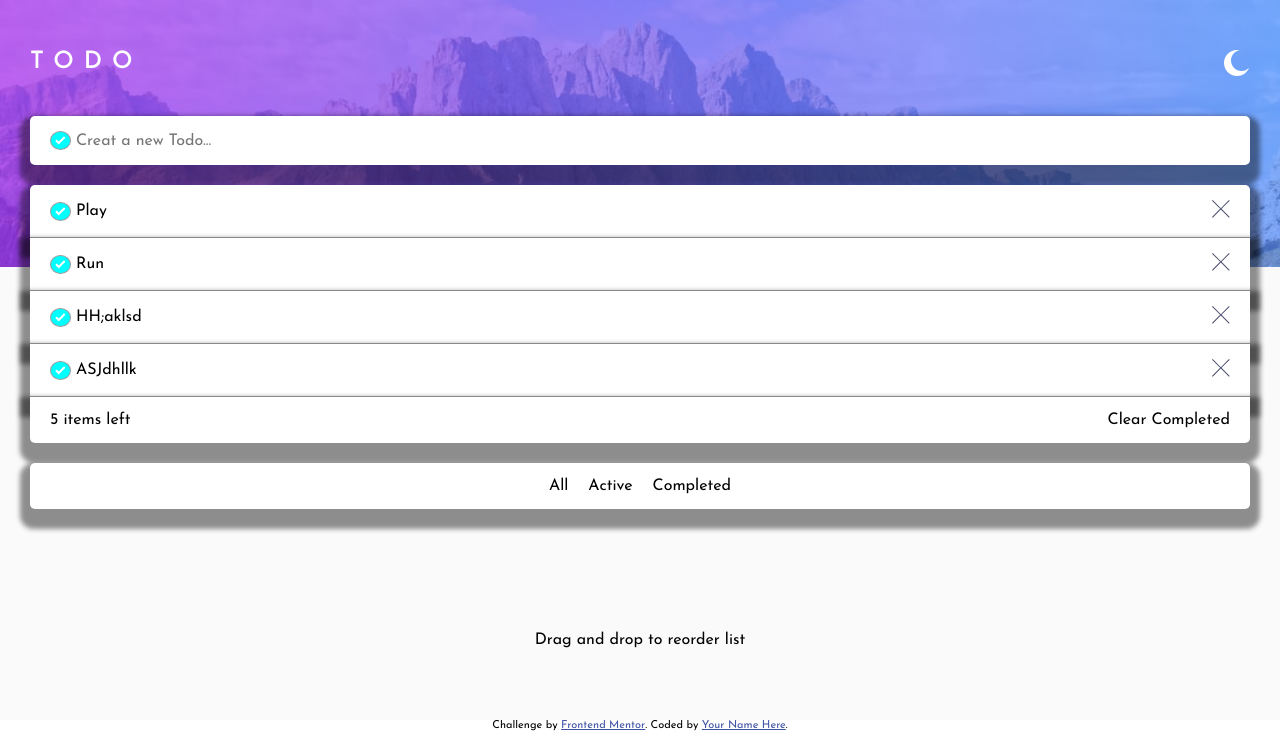
Repository: Baraajad231/Todo-app
Page: /
The author's editor kept a copy of each file at every save. The page is drawn from the files as they stood at one save, then again after the next save.
The browser window is 1280 px wide. The pictures show the whole page.
The project was rebuilt for these pictures with package versions that can differ from the ones it lists, and the page was loaded fresh each time. Also part of the build but not shown: vite.config.js.

Above is the page before, as saved 2025-12-28 02:12:32.

### index.html
<!DOCTYPE html>
<html lang="en">
  <head>
    <meta charset="UTF-8" />
    <meta name="viewport" content="width=device-width, initial-scale=1.0" />
    <!-- displays site properly based on user's device -->

    <link
      rel="icon"
      type="image/png"
      sizes="32x32"
      href="./images/favicon-32x32.png"
    />

    <title>Frontend Mentor | Todo app</title>

    <!-- Feel free to remove these styles or customise in your own stylesheet 👍 -->
    <style>
      .attribution {
        font-size: 11px;
        text-align: center;
      }
      .attribution a {
        color: hsl(228, 45%, 44%);
      }
    </style>

    <link rel="preconnect" href="https://fonts.googleapis.com" />
    <link rel="preconnect" href="https://fonts.gstatic.com" crossorigin />
    <link
      href="https://fonts.googleapis.com/css2?family=Josefin+Sans:ital,wght@0,100..700;1,100..700&display=swap"
      rel="stylesheet"
    />

    <link rel="stylesheet" href="./styles/style.scss" />
  </head>
  <body>
    <div class="container">
      <picture class="background-Wrapper">
        <source
          media="(min-width:465px)"
          srcset="images/bg-desktop-light.jpg"
        />
        <img
          src="images/bg-mobile-light.jpg"
          alt="bg-mobile-light"
          class="background background-light"
        />
      </picture>

      <div class="todo">
        <div class="todo__header">
          <h1 class="todo__title">TODO</h1>
          <img src="images/icon-moon.svg" alt="moon icon" class="todo__theme" />
        </div>
        <ul class="todo__list">
          <li class="todo__list__row todo__list__row-input">
            <span class="checkbox">
              <img
                src="./images/icon-check.svg"
                alt="check"
                class="checkbox__icon"
              />
            </span>
            <input
              type="text"
              placeholder="Creat a new Todo..."
              class="todo__list__input"
            />
          </li>

          <li class="todo__list__row">
            <span class="checkbox">
              <img
                src="./images/icon-check.svg"
                alt="check"
                class="checkbox__icon"
              />
            </span>
            <span class="todo__list__task">Play</span>
            <span class="remove-btn">
              <img src="./images/icon-cross.svg" alt="" class="remove-icon"
            /></span>
          </li>
          <li class="todo__list__row">
            <span class="checkbox">
              <img
                src="./images/icon-check.svg"
                alt="check"
                class="checkbox__icon"
              />
            </span>
            <span class="todo__list__task">Run</span>
            <span class="remove-btn">
              <img src="./images/icon-cross.svg" alt="" class="remove-icon"
            /></span>
          </li>
          <li class="todo__list__row">
            <span class="checkbox">
              <img
                src="./images/icon-check.svg"
                alt="check"
                class="checkbox__icon"
              />
            </span>
            <span class="todo__list__task">HH;aklsd</span>
            <span class="remove-btn">
              <img src="./images/icon-cross.svg" alt="" class="remove-icon"
            /></span>
          </li>
          <li class="todo__list__row">
            <span class="checkbox">
              <img
                src="./images/icon-check.svg"
                alt="check"
                class="checkbox__icon"
              />
            </span>
            <span class="todo__list__task">ASJdhllk</span>
            <span class="remove-btn">
              <img src="./images/icon-cross.svg" alt="" class="remove-icon"
            /></span>
          </li>
          <li class="todo__list__row todo__list__row--meta">
            <div class="todo__items-left">
              <span class="todo__items-count">5</span>
              <span class="todo__items-text">items left</span>
            </div>

            <button class="todo__list-clear button">Clear Completed</button>
          </li>

          <li class="todo__list__row todo__list__row--filter">
            <button class="todo__list-all">All</button>
            <button class="todo__list-active">Active</button>
            <button class="todo__list-completed">Completed</button>
          </li>
        </ul>
      </div>
    </div>
    <p class="note">Drag and drop to reorder list</p>

    <div class="attribution">
      Challenge by
      <a href="https://www.frontendmentor.io?ref=challenge" target="_blank"
        >Frontend Mentor</a
      >. Coded by <a href="#">Your Name Here</a>.
    </div>
  </body>
</html>

### styles/style.scss
/*variables*/
:root {
  /* ===== Brand / Primary ===== */
  --color-primary: hsl(220, 98%, 61%);
  --gradient-check: linear-gradient(hsl(192, 100%, 67%), hsl(280, 87%, 65%));

  /* ===== Typography ===== */
  --font-family-base: "Josefin Sans", sans-serif;
  --font-size-base: 18px;
  --font-weight-regular: 400;
  --font-weight-bold: 700;
  // }

  // :root[data-theme="light"] {
  --color-bg: hsl(0, 0%, 98%);
  --color-surface: #ffffff;

  --color-text-primary: hsl(235, 19%, 35%);
  --color-text-secondary: hsl(236, 9%, 61%);

  --color-border: hsl(233, 11%, 84%);
  --color-muted: hsl(234, 39%, 85%);
  // }

  // :root[data-theme="dark"] {
  // --color-bg: hsl(235, 21%, 11%);
  // --color-surface: hsl(235, 24%, 19%);

  // --color-text-primary: hsl(234, 39%, 85%);
  // --color-text-secondary: hsl(236, 9%, 61%);

  // --color-border: hsl(237, 14%, 26%);
  // --color-muted: hsl(233, 14%, 35%);
}

/* Reset */
* {
  margin: 0;
  padding: 0;
  font: inherit;
}

*,
*::after,
*::before {
  box-sizing: border-box;
}

a {
  color: inherit;
  display: inline-block;
}

button,
[type="submit"] {
  background-color: transparent;
  border: none;
  cursor: pointer;
}

ul,
ol {
  list-style: none;
}

html {
  font-size: 62.5%;
}

body {
  font-size: 1.6rem;
  font-family: "Josefin Sans";
  color: black;
}
/* End Reset */

/*container*/
.container {
  position: relative;
  height: 100vh;
  background-color: var(--color-bg);
}
.background {
  width: 100vw;
}

.todo {
  display: flex;
  flex-direction: column;
  gap: 4rem;
  position: absolute;
  top: 0;
  width: calc(100% - 6rem);
  margin: 5rem 3rem;

  &__header {
    display: flex;
    justify-content: space-between;
    .todo__title {
      font-size: 2.4rem;
      color: white;
      letter-spacing: 1rem;
      font-weight: 600;
    }
  }

  &__list {
    &__row {
      background-color: white;
      padding: 1.5rem 2rem;
      display: flex;
      align-items: center;

      box-shadow: 0 1rem 0.5rem 1rem rgba(0, 0, 0, 0.437);
      &:nth-child(2) {
        border-radius: 0.5rem 0.5rem 0 0;
      }

      & .checkbox {
        border: 1px solid rgb(156, 155, 155);
        border-radius: 50%;
        background-color: aqua;
        margin-right: 0.5rem;
        display: flex;
        align-items: center;
        justify-content: center;

        &__icon {
          padding: 0.4rem;
        }
      }

      & .todo__list__task {
        margin-right: auto;
      }
      &-input {
        margin-bottom: 2rem;

        & .todo__list__input {
          border: none;

          &:focus {
            outline: none;
            caret-color: aqua;
          }
        }
      }

      &:not(&-input, &--filter, &--meta) {
        border-bottom: 1px solid rgb(170, 167, 167);
      }

      &--meta {
        display: flex;
        justify-content: space-between;

        border-radius: 0 0 0.5rem 0.5rem;
      }

      &--filter {
        display: flex;
        justify-content: center;
        gap: 2rem;
        margin-top: 2rem;
      }
      &--filter,
      &-input {
        border-radius: 0.5rem;
      }
    }
  }
}

.note {
  position: absolute;
  bottom: 10%;
  left: 50%;
  transform: translateX(-50%);
  width: max-content;
}

After the next save:
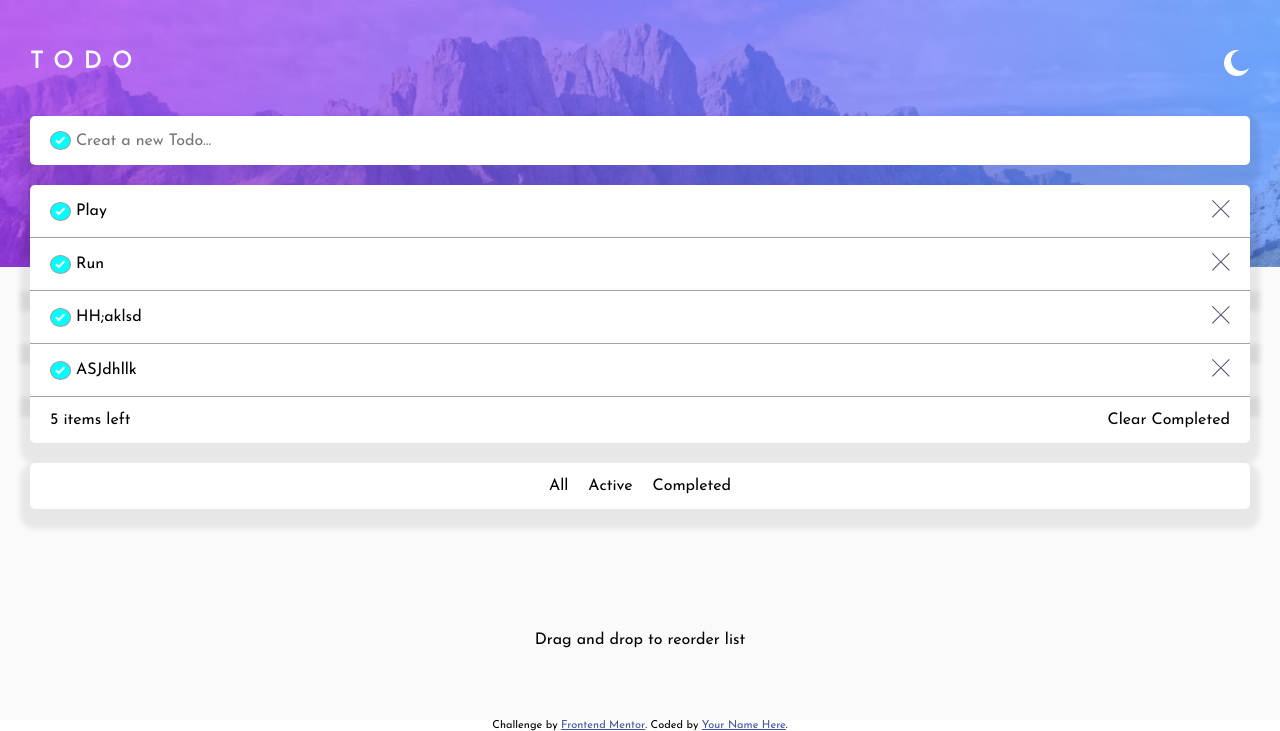
Saved 5 s later.
--- a/styles/style.scss
+++ b/styles/style.scss
@@ -111,7 +111,7 @@ body {
       display: flex;
       align-items: center;
 
-      box-shadow: 0 1rem 0.5rem 1rem rgba(0, 0, 0, 0.437);
+      box-shadow: 0 1rem 0.5rem 1rem rgba(0, 0, 0, 0.073);
       &:nth-child(2) {
         border-radius: 0.5rem 0.5rem 0 0;
       }
